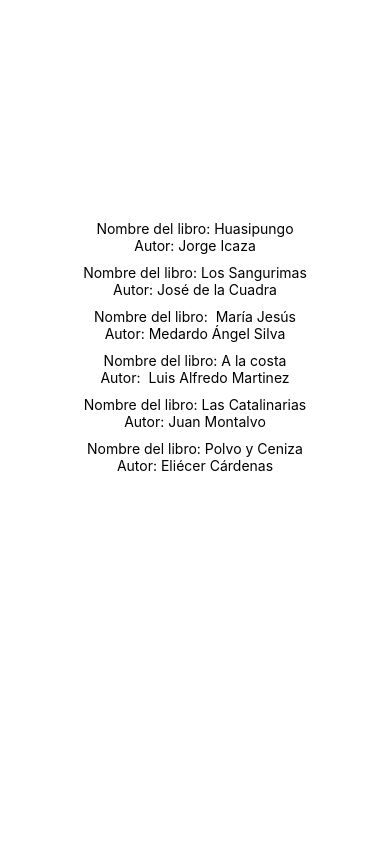
Repository: Henrybaio24/app-lista-libros
Screen: /
The author's editor kept a copy of each file at every save. The screen is drawn from the files as they stood at one save, then again after the next save.
The app was drawn by React Native's web renderer in a window 390 px wide. The project was rebuilt for these pictures with package versions that can differ from the ones it lists, and the page was loaded fresh each time.

Above is the screen before, as saved 2020-02-03 20:17:18.

After the next save:
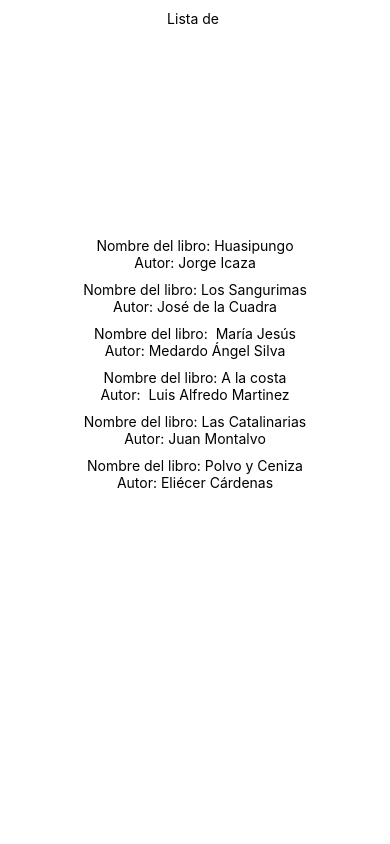
Saved 12 s later.
--- a/App.js
+++ b/App.js
@@ -20,7 +20,7 @@ export default class EventList extends Component {
   render() {
     return(
       <View style={styles.container}>
-        <Text></Text>
+        <Text>Lista de </Text>
       <FlatList
         data={ this.state.libros }
         style={ styles.lista }
